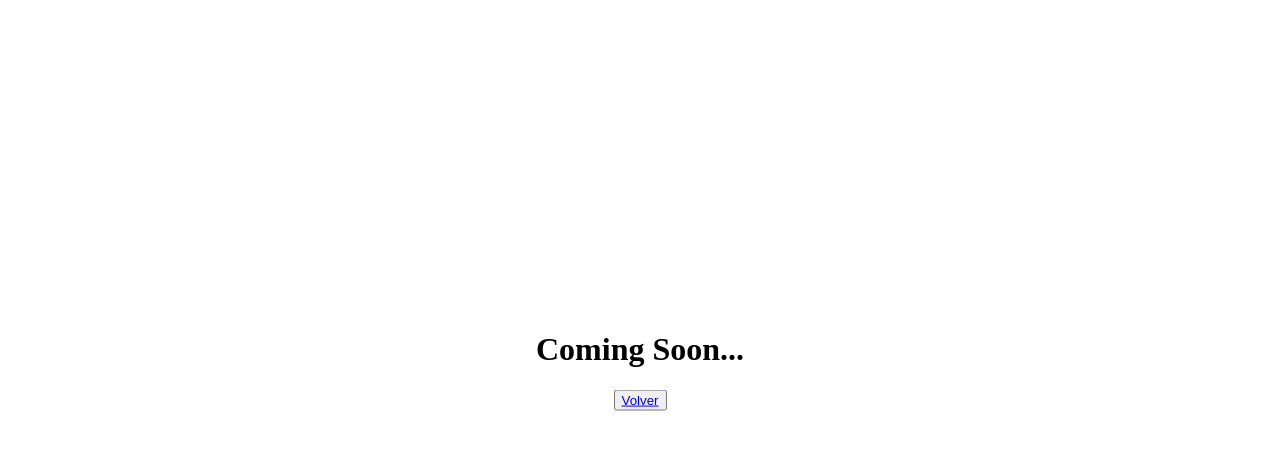
Repository: cpadridev/dotfiles
Page: projects/fime/pages/service.html
An editor plug-in stored every save of this project. The page is shown before and after the next save, followed by the edit.
The browser window is 1280 px wide. The pictures show the whole page.

Above is the page before, as saved 2022-06-09 15:27:10.

After the next save:
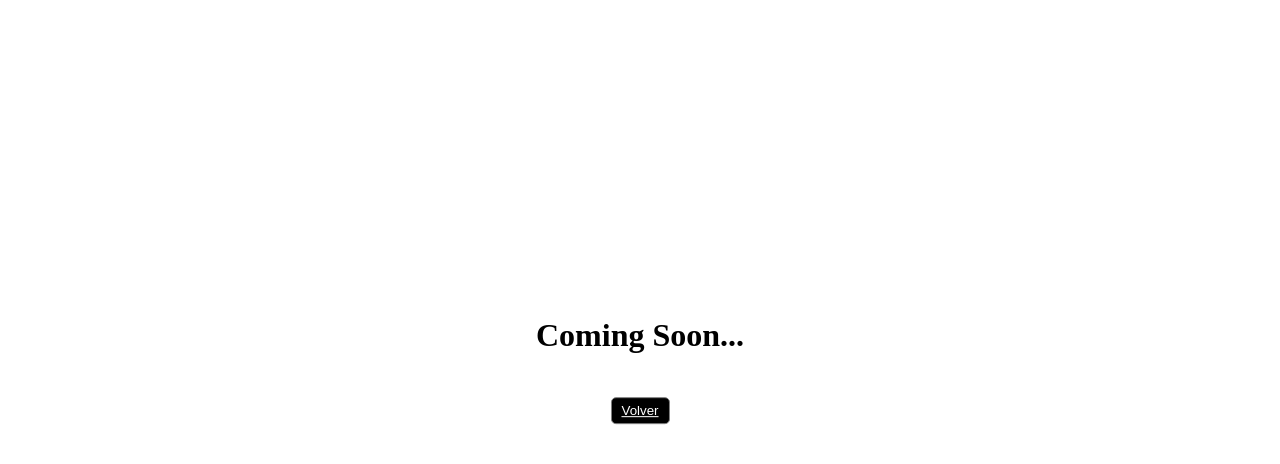
Saved 11 s later.
--- a/projects/fime/pages/service.html
+++ b/projects/fime/pages/service.html
@@ -13,7 +13,7 @@
     </header>
     <main>
         <h1 class="coming-soon">Coming Soon...</h1>
-        <button>
+        <button class="prototype">
             <a href="../index.html">Volver</a>
         </button>
     </main>
